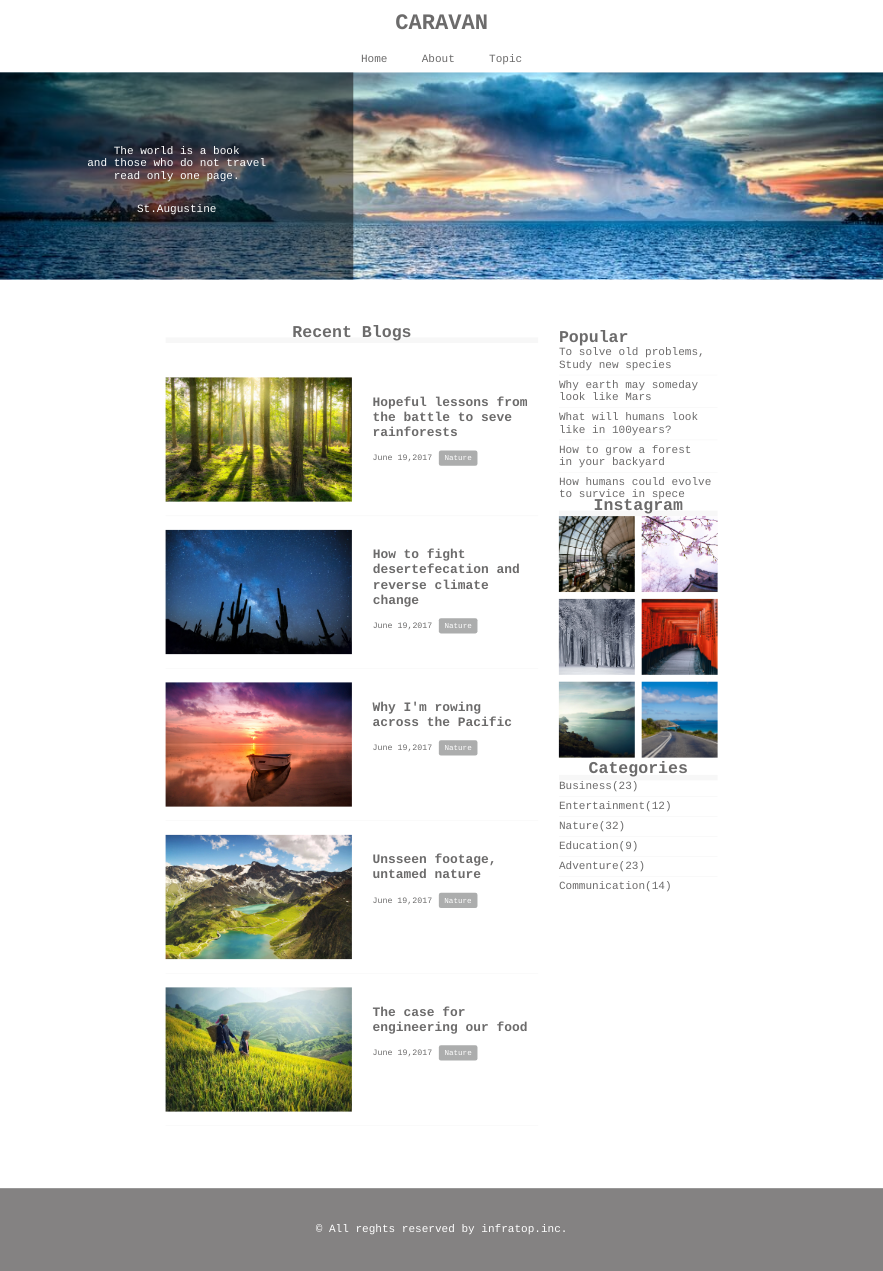
Repository: HayatoTakaha/bookers2-debug
Page: caravan/index.html
The author's editor kept a record of every edit. The page is drawn from the files as they stood at one moment, then again after the next edit.
The browser window is 1280 px wide. The pictures show the whole page, at 69% of full size.

Above is the page before.

After the next edit:
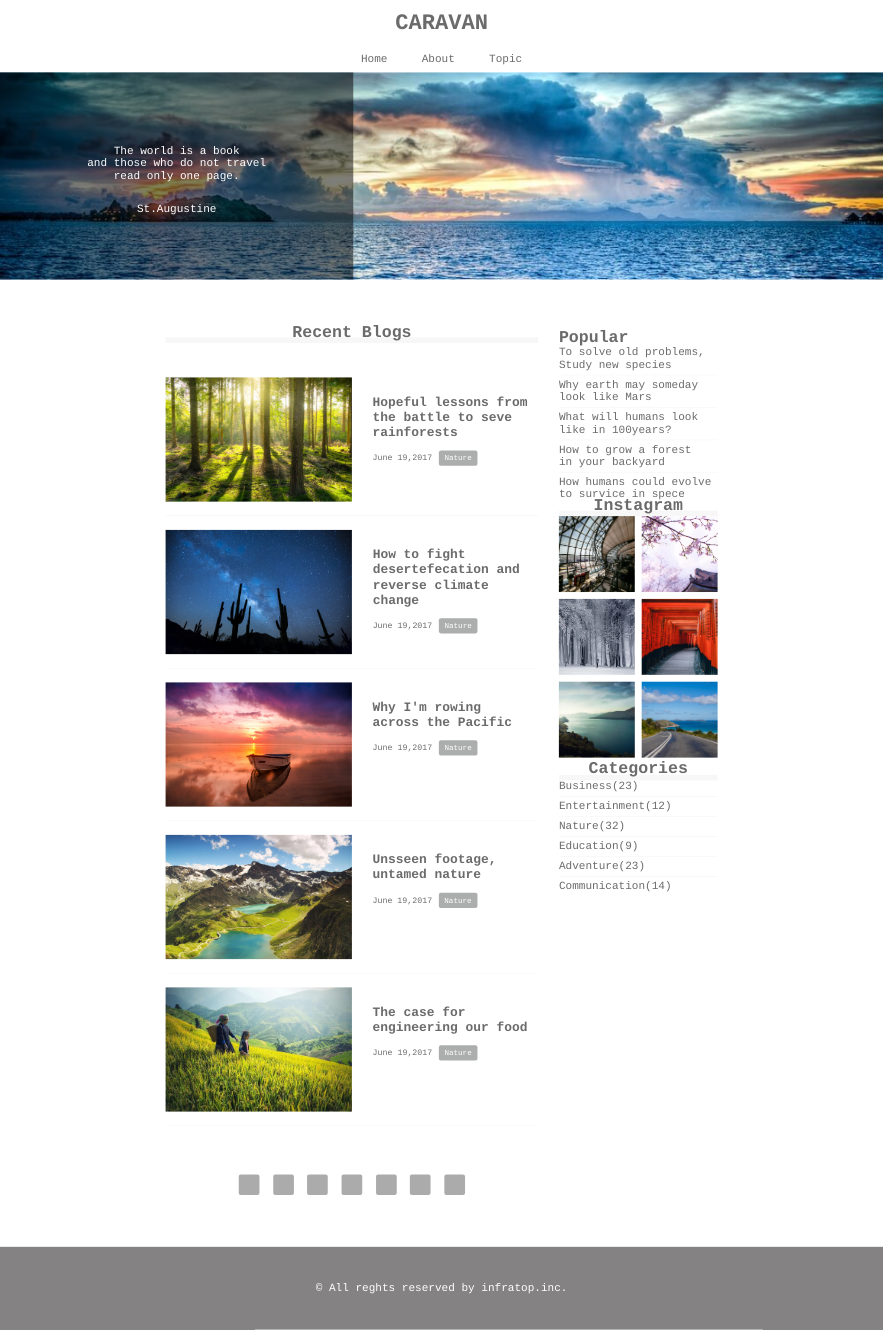
The edit:
--- a/caravan/index.html
+++ b/caravan/index.html
@@ -108,9 +108,17 @@
        <span class="category">Nature</span>
      </section>
      </div>
+     <div class="pagination">
+      <p></p>
+      <p></p>
+      <p></p>
+      <p></p>
+      <p></p>
+      <p></p>
+      <p></p>
+     </div>
      </div>
       </section>
-
      <div class="sidebar">
       <section class="popular">
        <h2 class="popular-heading">Popular</h2>
